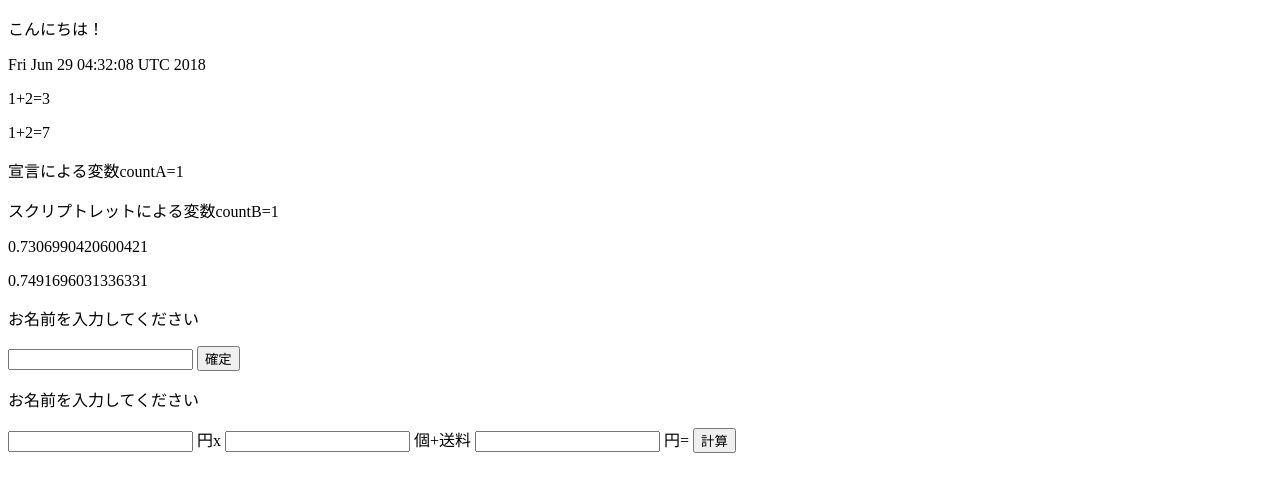
Repository: RyunosukeSaiga0816/test
Page: http://localhost/HelloJSP/
The author's editor kept a copy of each file at every save. The page is drawn from the files as they stood at one save, then again after the next save.
The browser window is 1280 px wide. The pictures show the whole page.
The page is served by Tomcat 9.

Above is the page before, as saved 2018-07-02 01:46:49.

### HelloJSP/WebContent/index.jsp
<%@ page language="java" contentType="text/html; charset=UTF-8"
    pageEncoding="UTF-8"%>
<!DOCTYPE html>
<html>
<head>
<meta charset="UTF-8">
<title>TEST</title>
</head>
<body>
<p>こんにちは！</p>
<% out.println(new java.util.Date()); %>

<%! static int add(int a,int b){
	return a+b;
	}
%>
<p>1+2=<%=add(1,2) %></p>
<p>1+2=<%=add(3,4) %></p>

<%! static int countA=0; %>
<%
	int countB=0;
	countA++;
	countB++;
%>
<p>宣言による変数countA=<%=countA %></p>
<p>スクリプトレットによる変数countB=<%=countB %></p>

<p><% out.println(Math.random()); %></p>
<p><%=Math.random()%></p>

<p>お名前を入力してください</p>
<form method="post" action="greeting-out.jsp">
<input type="text" name="user">
<input type="submit" value="確定">
</form>
<p>お名前を入力してください</p>
<form method="post" action="total-out.jsp">
<input type="text" name="price">
円x
<input type="text" name="count">
個+送料
<input type="text" name="delivery">
円=
<input type="submit" value="計算">
</form>
</body>
</html>

After the next save:
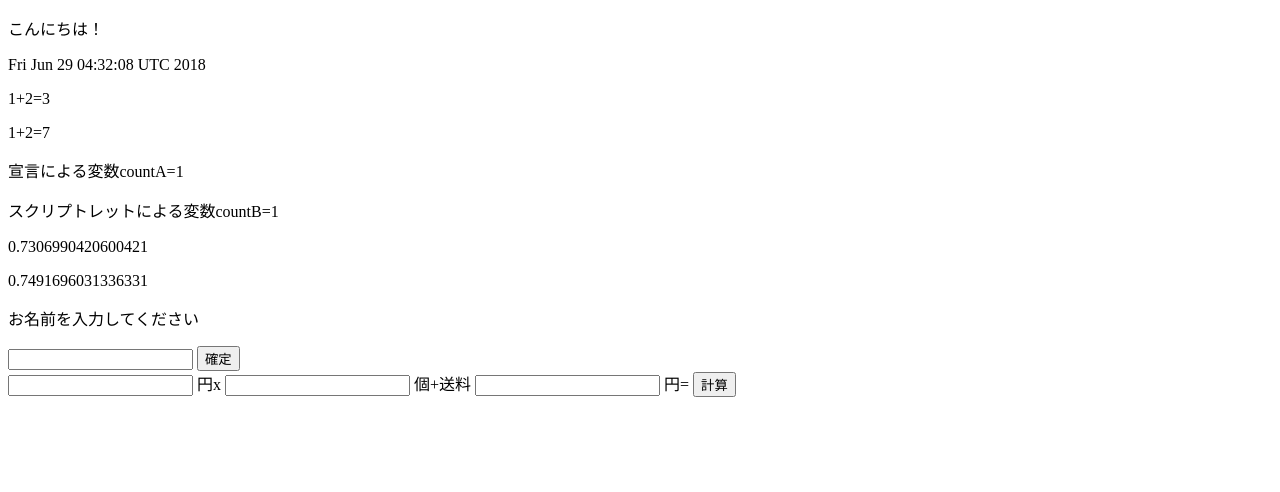
Saved 16 s later.
--- a/HelloJSP/WebContent/index.jsp
+++ b/HelloJSP/WebContent/index.jsp
@@ -34,7 +34,7 @@
 <input type="text" name="user">
 <input type="submit" value="確定">
 </form>
-<p>お名前を入力してください</p>
+
 <form method="post" action="total-out.jsp">
 <input type="text" name="price">
 円x
